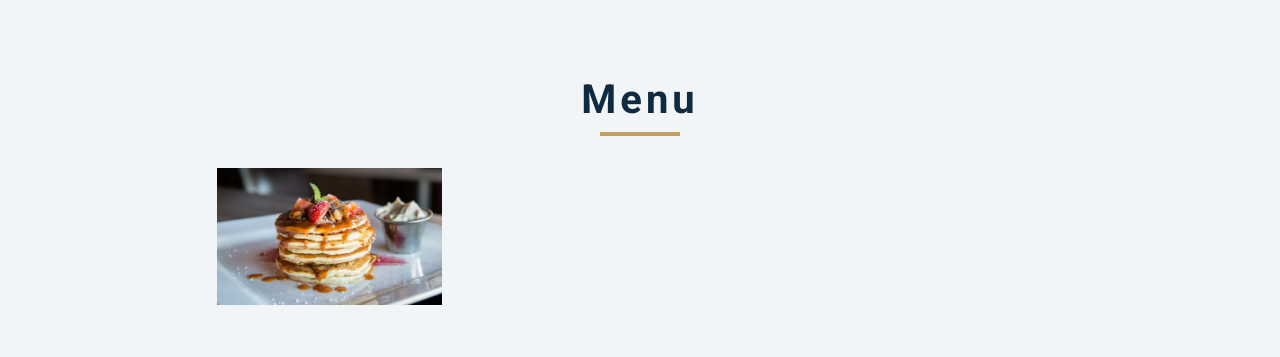
Repository: spidero7/Menu
Page: index.html
The author's editor kept a copy of each file at every save. The page is drawn from the files as they stood at one save, then again after a run of saves.
The browser window is 1280 px wide. The pictures show the whole page.
Some web libraries are served in a nearby version.

Above is the page before, as saved 2021-09-30 08:31:43.

### index.html
<!DOCTYPE html>
<html lang="en">
<head>
    <meta charset="UTF-8">
    <meta http-equiv="X-UA-Compatible" content="IE=edge">
    <meta name="viewport" content="width=device-width, initial-scale=1.0">
    <title>Menu</title>
    <link rel="stylesheet" href="style.css">
    <link
      rel="stylesheet"
      href="https://cdnjs.cloudflare.com/ajax/libs/font-awesome/5.14.0/css/all.min.css"
    />
</head>
<body>
    <section class="menu">
        <div class="title">
            <h2>Menu</h2>
            <div class="underline"></div>
        </div>
        <div class="section-center">
            <article class="menu-item">
                <img src="menu-item.jpeg" alt="">
            </article>
        </div>
    </section>
    <script src="app.js"></script>
</body>
</html>

### style.css
/*
===============
Fonts
===============
*/
@import url("https://fonts.googleapis.com/css?family=Open+Sans|Roboto:400,700&display=swap");

/*
===============
Variables
===============
*/

:root {
  /* dark shades of primary color*/
  --clr-primary-1: hsl(205, 86%, 17%);
  --clr-primary-2: hsl(205, 77%, 27%);
  --clr-primary-3: hsl(205, 72%, 37%);
  --clr-primary-4: hsl(205, 63%, 48%);
  /* primary/main color */
  --clr-primary-5: #49a6e9;
  /* lighter shades of primary color */
  --clr-primary-6: hsl(205, 89%, 70%);
  --clr-primary-7: hsl(205, 90%, 76%);
  --clr-primary-8: hsl(205, 86%, 81%);
  --clr-primary-9: hsl(205, 90%, 88%);
  --clr-primary-10: hsl(205, 100%, 96%);
  /* darkest grey - used for headings */
  --clr-grey-1: hsl(209, 61%, 16%);
  --clr-grey-2: hsl(211, 39%, 23%);
  --clr-grey-3: hsl(209, 34%, 30%);
  --clr-grey-4: hsl(209, 28%, 39%);
  /* grey used for paragraphs */
  --clr-grey-5: hsl(210, 22%, 49%);
  --clr-grey-6: hsl(209, 23%, 60%);
  --clr-grey-7: hsl(211, 27%, 70%);
  --clr-grey-8: hsl(210, 31%, 80%);
  --clr-grey-9: hsl(212, 33%, 89%);
  --clr-grey-10: hsl(210, 36%, 96%);
  --clr-white: #fff;
  --clr-red-dark: hsl(360, 67%, 44%);
  --clr-red-light: hsl(360, 71%, 66%);
  --clr-green-dark: hsl(125, 67%, 44%);
  --clr-green-light: hsl(125, 71%, 66%);
  --clr-gold: #c59d5f;
  --clr-black: #222;
  --ff-primary: "Roboto", sans-serif;
  --ff-secondary: "Open Sans", sans-serif;
  --transition: all 0.3s linear;
  --spacing: 0.25rem;
  --radius: 0.5rem;
  --light-shadow: 0 5px 15px rgba(0, 0, 0, 0.1);
  --dark-shadow: 0 5px 15px rgba(0, 0, 0, 0.2);
  --max-width: 1170px;
  --fixed-width: 620px;
}
/*
===============
Global Styles
===============
*/

*,
::after,
::before {
  margin: 0;
  padding: 0;
  box-sizing: border-box;
}
body {
  font-family: var(--ff-secondary);
  background: var(--clr-grey-10);
  color: var(--clr-grey-1);
  line-height: 1.5;
  font-size: 0.875rem;
}
ul {
  list-style-type: none;
}
a {
  text-decoration: none;
}
img:not(.logo) {
  width: 100%;
}
img {
  display: block;
}

h1,
h2,
h3,
h4 {
  letter-spacing: var(--spacing);
  text-transform: capitalize;
  line-height: 1.25;
  margin-bottom: 0.75rem;
  font-family: var(--ff-primary);
}
h1 {
  font-size: 3rem;
}
h2 {
  font-size: 2rem;
}
h3 {
  font-size: 1.25rem;
}
h4 {
  font-size: 0.875rem;
}
p {
  margin-bottom: 1.25rem;
  color: var(--clr-grey-5);
}
@media screen and (min-width: 800px) {
  h1 {
    font-size: 4rem;
  }
  h2 {
    font-size: 2.5rem;
  }
  h3 {
    font-size: 1.75rem;
  }
  h4 {
    font-size: 1rem;
  }
  body {
    font-size: 1rem;
  }
  h1,
  h2,
  h3,
  h4 {
    line-height: 1;
  }
}
/*  global classes */

.btn {
  text-transform: uppercase;
  background: transparent;
  color: var(--clr-black);
  padding: 0.375rem 0.75rem;
  letter-spacing: var(--spacing);
  display: inline-block;
  transition: var(--transition);
  font-size: 0.875rem;
  border: 2px solid var(--clr-black);
  cursor: pointer;
  box-shadow: 0 1px 3px rgba(0, 0, 0, 0.2);
  border-radius: var(--radius);
}
.btn:hover {
  color: var(--clr-white);
  background: var(--clr-black);
}
/* section */
.section {
  padding: 5rem 0;
}

main {
  min-height: 100vh;
  display: grid;
  place-items: center;
}
/*
===============
Menu
===============
*/

.menu {
  padding: 5rem 0;
}
.title {
  text-align: center;
  margin-bottom: 2rem;
}
.underline {
  width: 5rem;
  height: 0.25rem;
  background: var(--clr-gold);
  margin-left: auto;
  margin-right: auto;
}
.btn-container {
  margin-bottom: 4rem;
  display: flex;
  justify-content: center;
}
.filter-btn {
  background: transparent;
  border-color: var(--clr-gold);
  font-size: 1rem;
  text-transform: capitalize;
  margin: 0 0.5rem;
  letter-spacing: 1px;
  border-radius: var(--radius);
  padding: 0.375rem 0.75rem;
  color: var(--clr-gold);
  cursor: pointer;
  transition: var(--transition);
}
.filter-btn:hover {
  background: var(--clr-gold);
  color: var(--clr-white);
}
.section-center {
  width: 90vw;
  margin: 0 auto;
  max-width: 1170px;
  display: grid;
  gap: 3rem 2rem;
  justify-items: center;
}
.menu-item {
  display: grid;
  gap: 1rem 2rem;
  max-width: 25rem;
}
.photo {
  object-fit: cover;
  height: 200px;
  border: 0.25rem solid var(--clr-gold);
  border-radius: var(--radius);
}
.item-info header {
  display: flex;
  justify-content: space-between;
  border-bottom: 0.5px dotted var(--clr-grey-5);
}
.item-info h4 {
  margin-bottom: 0.5rem;
}
.price {
  color: var(--clr-gold);
}
.item-text {
  margin-bottom: 0;
  padding-top: 1rem;
}

@media screen and (min-width: 768px) {
  .menu-item {
    grid-template-columns: 225px 1fr;
    gap: 0 1.25rem;
    max-width: 40rem;
  }
  .photo {
    height: 175px;
  }
}
@media screen and (min-width: 1200px) {
  .section-center {
    width: 95vw;
    grid-template-columns: 1fr 1fr;
  }
  .photo {
    height: 150px;
  }
}

### app.js
const menu = [
  {
    id: 1,
    title: "buttermilk pancakes",
    category: "breakfast",
    price: 15.99,
    img: "./images/item-1.jpeg",
    desc: `I'm baby woke mlkshk wolf bitters live-edge blue bottle, hammock freegan copper mug whatever cold-pressed `,
  },
  {
    id: 2,
    title: "diner double",
    category: "lunch",
    price: 13.99,
    img: "./images/item-2.jpeg",
    desc: `vaporware iPhone mumblecore selvage raw denim slow-carb leggings gochujang helvetica man braid jianbing. Marfa thundercats `,
  },
  {
    id: 3,
    title: "godzilla milkshake",
    category: "shakes",
    price: 6.99,
    img: "./images/item-3.jpeg",
    desc: `ombucha chillwave fanny pack 3 wolf moon street art photo booth before they sold out organic viral.`,
  },
  {
    id: 4,
    title: "country delight",
    category: "breakfast",
    price: 20.99,
    img: "./images/item-4.jpeg",
    desc: `Shabby chic keffiyeh neutra snackwave pork belly shoreditch. Prism austin mlkshk truffaut, `,
  },
  {
    id: 5,
    title: "egg attack",
    category: "lunch",
    price: 22.99,
    img: "./images/item-5.jpeg",
    desc: `franzen vegan pabst bicycle rights kickstarter pinterest meditation farm-to-table 90's pop-up `,
  },
  {
    id: 6,
    title: "oreo dream",
    category: "shakes",
    price: 18.99,
    img: "./images/item-6.jpeg",
    desc: `Portland chicharrones ethical edison bulb, palo santo craft beer chia heirloom iPhone everyday`,
  },
  {
    id: 7,
    title: "bacon overflow",
    category: "breakfast",
    price: 8.99,
    img: "./images/item-7.jpeg",
    desc: `carry jianbing normcore freegan. Viral single-origin coffee live-edge, pork belly cloud bread iceland put a bird `,
  },
  {
    id: 8,
    title: "american classic",
    category: "lunch",
    price: 12.99,
    img: "./images/item-8.jpeg",
    desc: `on it tumblr kickstarter thundercats migas everyday carry squid palo santo leggings. Food truck truffaut  `,
  },
  {
    id: 9,
    title: "quarantine buddy",
    category: "shakes",
    price: 16.99,
    img: "./images/item-9.jpeg",
    desc: `skateboard fam synth authentic semiotics. Live-edge lyft af, edison bulb yuccie crucifix microdosing.`,
  },
];

After the next 2 saves:
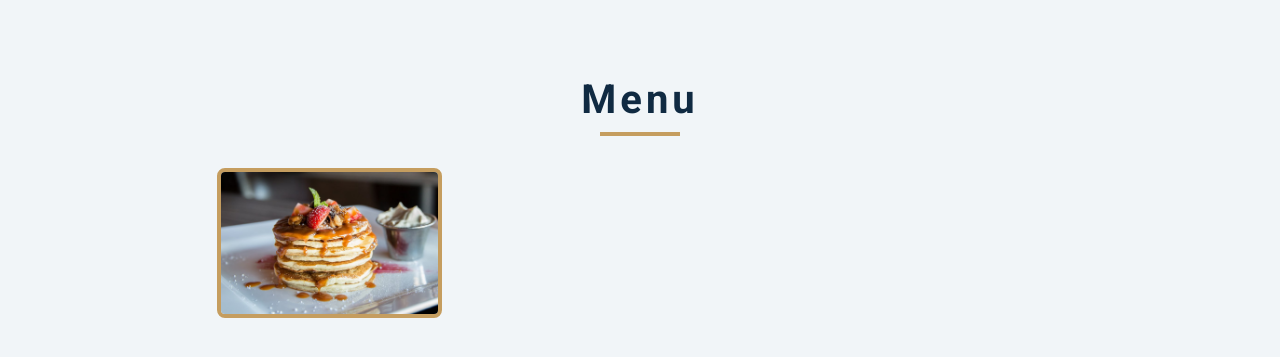
The 2 saves are shown as one change because they came seconds apart.
The last was saved 13 s later.
--- a/index.html
+++ b/index.html
@@ -19,7 +19,7 @@
         </div>
         <div class="section-center">
             <article class="menu-item">
-                <img src="menu-item.jpeg" alt="">
+                <img src="menu-item.jpeg" class="photo" alt="">
             </article>
         </div>
     </section>
